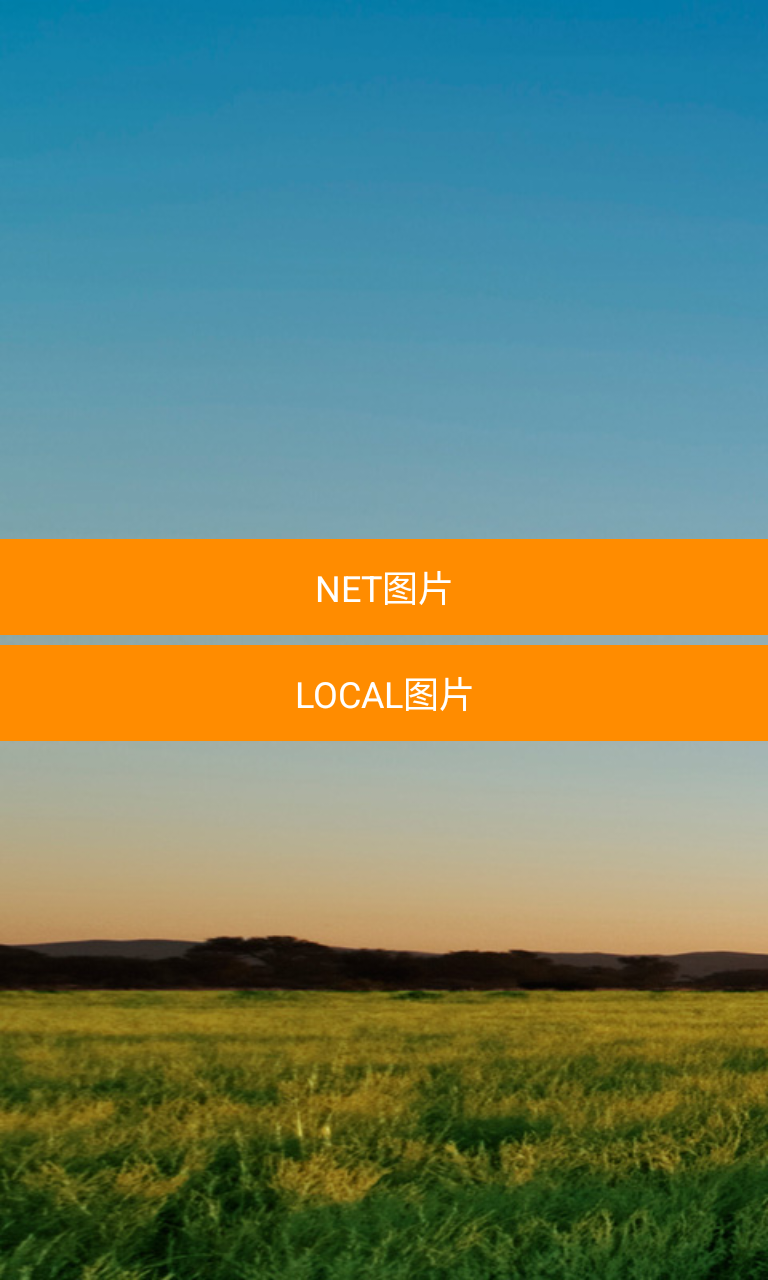
Repository: taiyang0725/Android
Layout: TestViewPage/res/layout/b.xml
The author's editor kept a copy of each file at every save. The layout is drawn from the files as they stood at one save, then again after the next save.
It is drawn on a 768 x 1280 px phone screen (xhdpi) without system bars, with theme AppTheme; the app's code is not run.

Above is the layout before, as saved 2015-05-14 06:59:10.

After the next save:
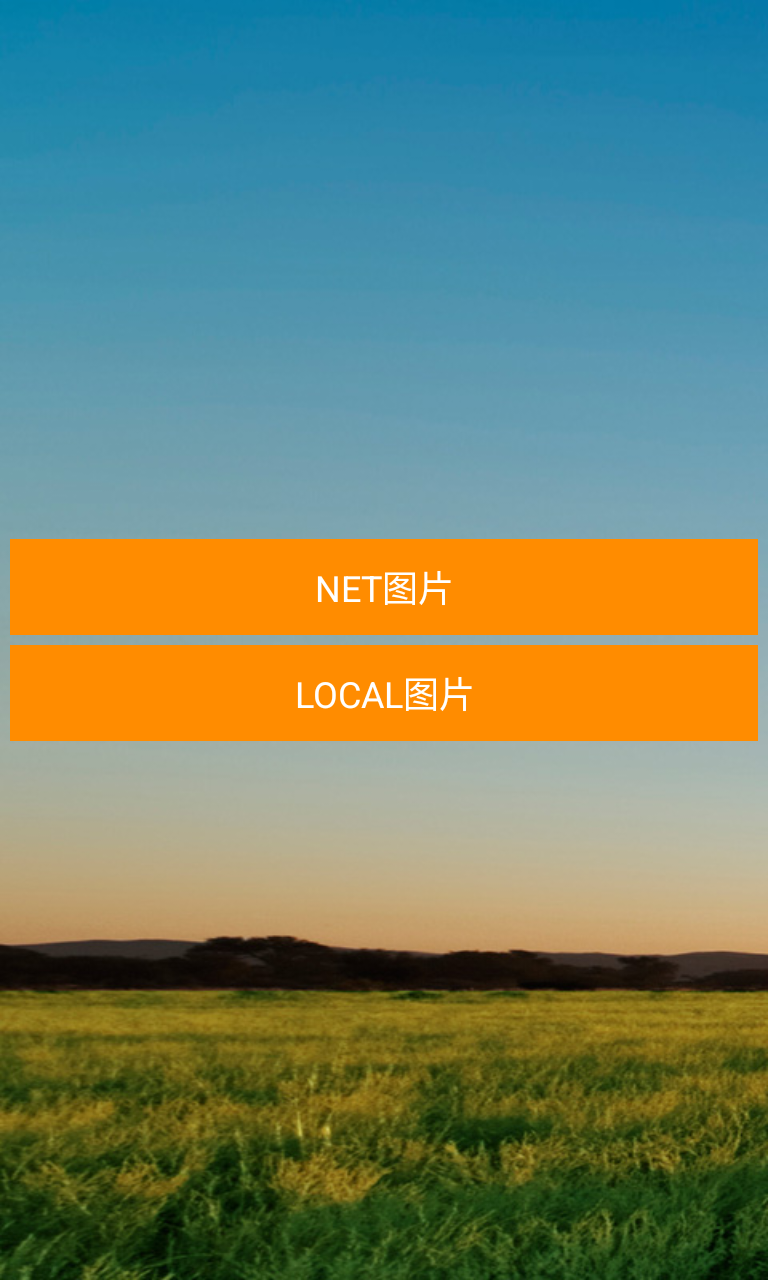
Saved 23 s later.
--- a/TestViewPage/res/layout/b.xml
+++ b/TestViewPage/res/layout/b.xml
@@ -9,6 +9,7 @@
         android:layout_height="wrap_content"
         android:layout_centerInParent="true"
         android:orientation="vertical"
+        android:layout_margin="5dp"
        >
     <Button
         android:id="@+id/btn_pic_net"
